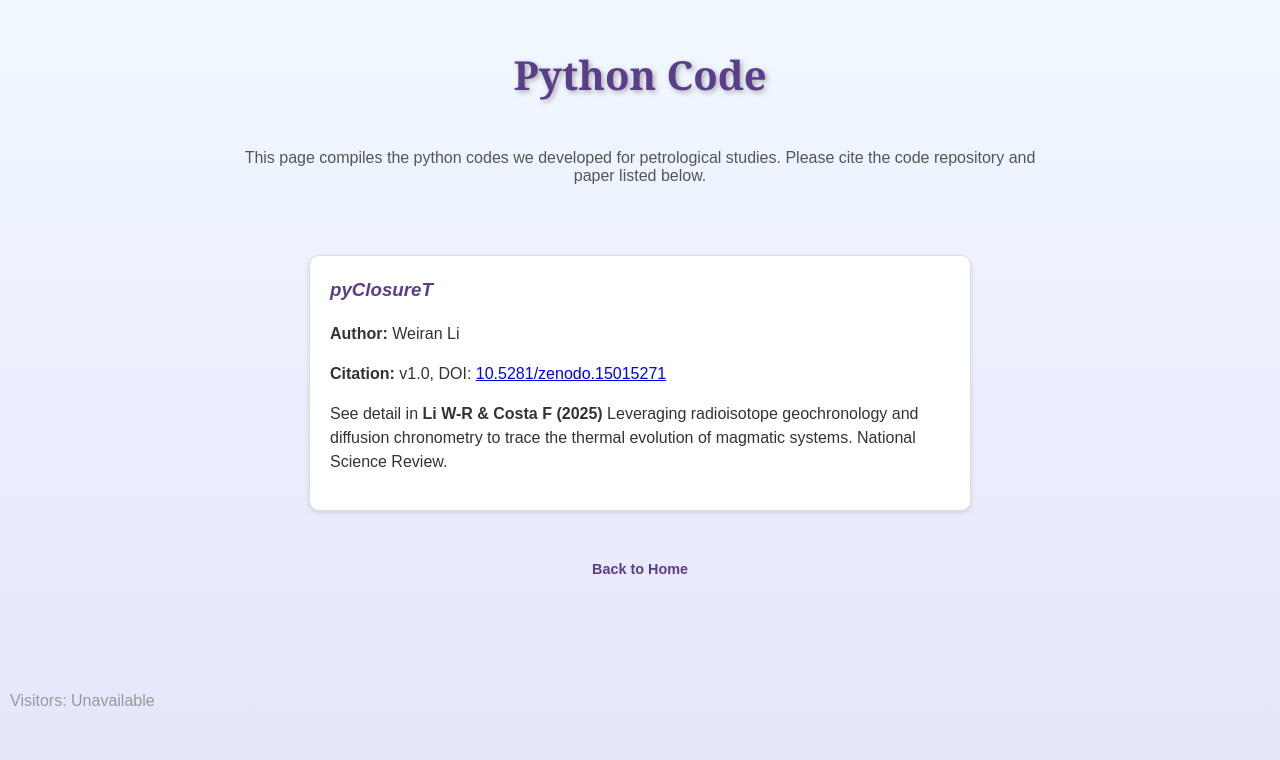
Repository: Abyss2019/home_page
Page: python-code/index.html
These files come from the project's save history. The page is drawn as it stood at one moment and after the next save; the edit follows.
The browser window is 1280 px wide. The pictures show the whole page.

Above is the page before, as saved 2025-04-06 12:29:12.

### python-code/index.html
<!DOCTYPE html>
<html lang="en">
<head>
  <meta charset="UTF-8">
  <meta name="viewport" content="width=device-width, initial-scale=1.0">
  <script src="vrocklab-doi-form.js"></script>
  <title>Python Code - VROCKLAB</title>
  <style>
    body {
      font-family: Arial, sans-serif;
      margin: 0;
      padding: 0;
      background: linear-gradient(to bottom, #f0f8ff, #e6e6fa);
      color: #333;
      display: flex;
      flex-direction: column;
      align-items: center;
      padding: 20px;
      min-height: 100vh;
    }

    header {
      text-align: center;
      /* margin-bottom: 10px; */
    }

    header h1 {
      font-size: 2.5em;
      font-family: 'Georgia', serif;
      text-shadow: 2px 2px 5px #aaa;
      color: #5a3e8a;
    }

    header h2 {
      font-size: 1.2em;
      margin-top: 5px;
      color: #555;
    }

    .intro, .content {
      font-size: 1em;
      margin: 20px 0;
      text-align: center;
      color: #555;
      max-width: 800px;
      margin-bottom: 40px;
    }

    .citation-container {
      display: flex;
      flex-direction: column;
      align-items: center;
      margin-top: 20px;
      width: 50%;
    }

    .citation-card {
      background-color: #fff;
      border: 1px solid #ddd;
      border-radius: 10px;
      padding: 20px;
      margin: 10px 0;
      width: 100%;
      box-shadow: 0 2px 5px rgba(0, 0, 0, 0.1);
      line-height: 1.5;
    }

    .citation-card h3 {
      margin-top: 0;
      color: #5a3e8a;
      font-style: italic;
    }



    footer {
      margin-top: 40px;
      font-size: 0.9em;
      color: #666;
      text-align: center;
    }

    footer a {
      color: #5a3e8a;
      text-decoration: none;
      font-weight: bold;
    }

    footer a:hover {
      text-decoration: underline;
    }
  </style>
</head>
<body>
  <header>
    <h1>Python Code</h1>
    <!-- <h2>Compiled Python Codes for Petrological Studies</h2> -->
  </header>

  <div class="intro">
    This page compiles the python codes we developed for petrological studies. Please cite the code repository and paper listed below.
  </div>


  <div class="citation-container">
  <div class="citation-card">
    <h3>pyClosureT</h3>
    <p><strong>Author:</strong> Weiran Li</p>

    <p><strong>Citation:</strong> v1.0, DOI:
    <!-- <a href="#" onclick="showForm('https://doi.org/10.5281/zenodo.15015271')" style="color:#5a3e8a; font-weight: bold;">10.5281/zenodo.15015271</a> -->
    <a href="https://doi.org/10.5281/zenodo.15015271" target="_blank">10.5281/zenodo.15015271</a>
    </p>

    <p>See detail in <strong>Li W-R &amp; Costa F (2025)</strong> Leveraging radioisotope geochronology and diffusion chronometry to trace the thermal evolution of magmatic systems. National Science Review.</p>
  </div>
  <!-- 以后可以在这里添加更多引用卡片 -->
  <!--
  <div class="citation-card">
    <h3>其他引用标题</h3>
    <p><strong>Author:</strong> ...</p>
    <p><strong>Citation:</strong> ...</p>
    <p>...</p>
  </div>
  -->
  </div>

  <!-- 弹出表单 -->
  <div id="popup" style="display:none; position:fixed; top:15%; left:50%; transform:translateX(-50%);
    background:#fff; padding:30px 40px; border-radius:12px;
    box-shadow:0 0 20px rgba(0,0,0,0.2); z-index:1000; max-width: 400px; width: 60%;">

    <div style="text-align: right;">
      <span onclick="closeForm()" style="cursor: pointer; font-size: 1.5em; color: #888;">&times;</span>
    </div>

    <h3 style="margin-top: 0; font-size: 1.5em; color: #5a3e8a;">Let us know you!</h3>

    <label for="email" style="font-size: 1.05em;">Email:</label><br>
    <input type="email" id="email" style="width:100%; font-size:1em; padding: 8px; margin-bottom: 16px;"><br>

    <label for="affiliation" style="font-size: 1.05em;">Affiliation:</label><br>
    <input type="text" id="affiliation" style="width:100%; font-size:1em; padding: 8px; margin-bottom: 20px;"><br>

    <div style="text-align: right;">
      <button onclick="skipForm()" style="margin-right: 12px; padding: 8px 16px;">Skip</button>
      <button onclick="submitForm()" style="padding: 8px 16px;">Submit</button>
    </div>
  </div>





  <footer>
    <a href="https://vrocklab.hku.hk/">Back to Home</a>
  </footer>

    <div style="position: fixed; bottom: 10px; left: 10px; font-size: 1em; color: #999; z-index: 1000;">
    Visitors: <span id="visitor-count">Loading...</span>
    </div>

    <script>
    fetch('/api/visit.php')  // ✅ 保持路径一致
        .then(res => res.json())
        .then(data => {
        document.getElementById('visitor-count').innerText = data.visits;
        })
        .catch(err => {
        document.getElementById('visitor-count').innerText = "Unavailable";
        console.error(err);
        });
    </script>
</body>
</html>

### python-code/vrocklab-doi-form.js
let targetDOI = "";

function showForm(doiURL) {
  targetDOI = doiURL;
  document.getElementById("popup").style.display = "block";
}

function submitForm() {
  const email = document.getElementById("email").value.trim();
  const affiliation = document.getElementById("affiliation").value.trim();

  if (!email || !affiliation) {
    alert("Please fill in both fields or click Skip.");
    return;
  }

  if (!validateEmail(email)) {
    alert("Please enter a valid email address.");
    return;
  }

  localStorage.setItem("vrocklab_email", email);
  localStorage.setItem("vrocklab_affiliation", affiliation);

  window.open(targetDOI, "_blank");
  closeForm();
}

function skipForm() {
  window.open(targetDOI, "_blank");
  closeForm();
}

function closeForm() {
  document.getElementById("popup").style.display = "none";
}

function validateEmail(email) {
  const re = /^[^\s@]+@[^\s@]+\.[^\s@]+$/;
  return re.test(email);
}

After the next save:
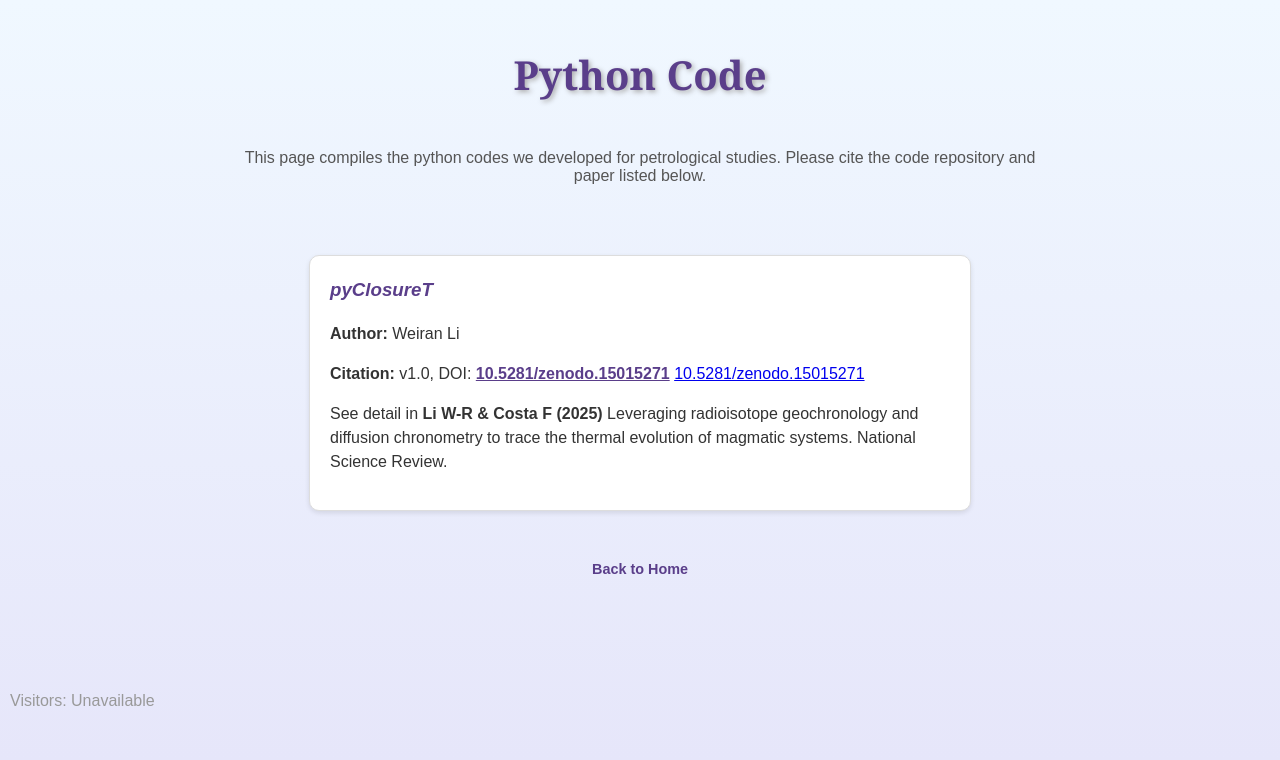
Saved 7 days later.
--- a/python-code/index.html
+++ b/python-code/index.html
@@ -108,7 +108,7 @@
     <p><strong>Author:</strong> Weiran Li</p>
 
     <p><strong>Citation:</strong> v1.0, DOI:
-    <!-- <a href="#" onclick="showForm('https://doi.org/10.5281/zenodo.15015271')" style="color:#5a3e8a; font-weight: bold;">10.5281/zenodo.15015271</a> -->
+    <a href="#" onclick="showForm('https://doi.org/10.5281/zenodo.15015271')" style="color:#5a3e8a; font-weight: bold;">10.5281/zenodo.15015271</a>
     <a href="https://doi.org/10.5281/zenodo.15015271" target="_blank">10.5281/zenodo.15015271</a>
     </p>
 
